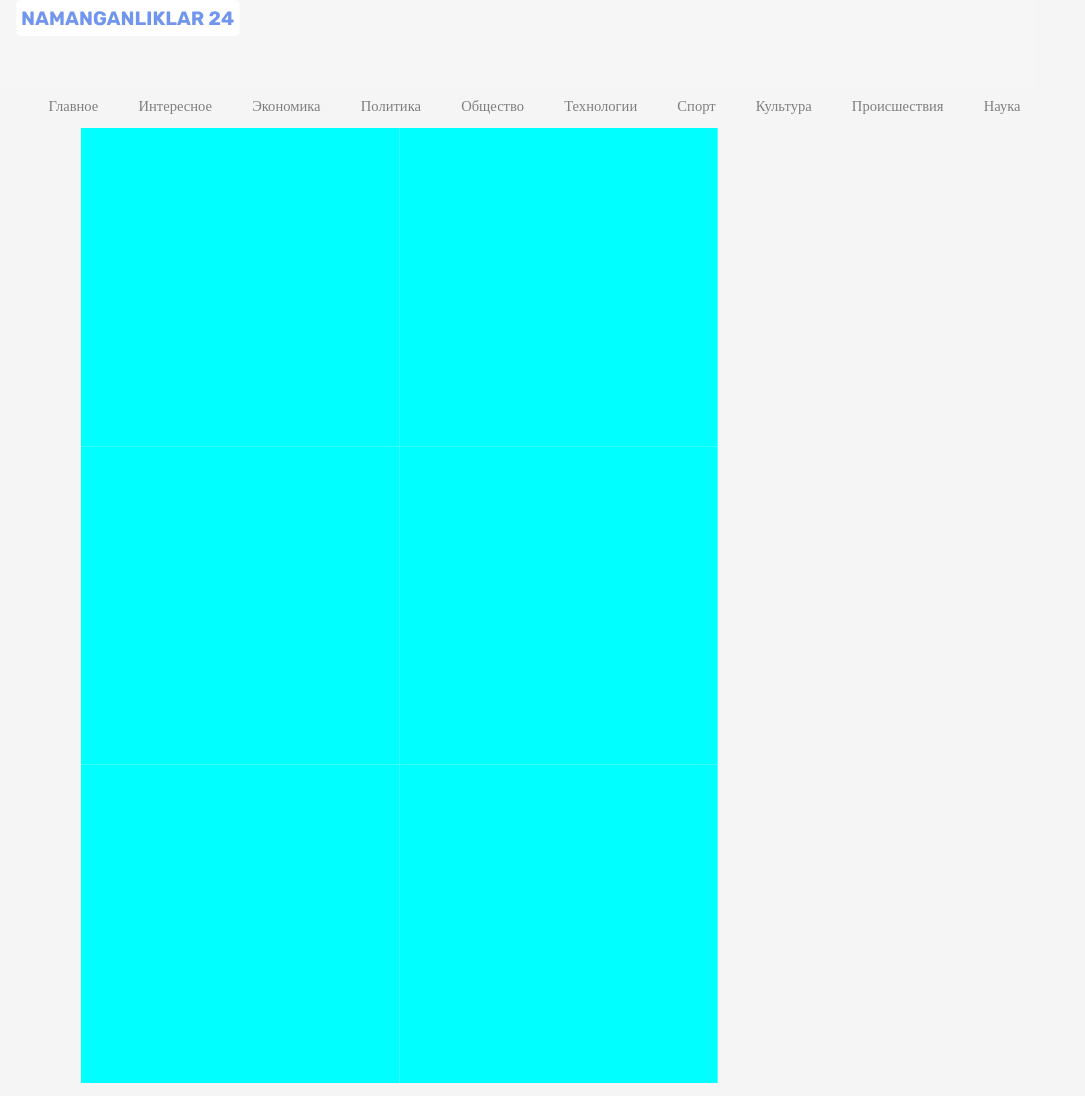
Repository: UlugbekAbdurasulov/projekt
Page: index.html
An editor plug-in stored every save of this project. The page is shown before and after the next save, followed by the edit.
The browser window is 1280 px wide. The page is 1280 px wide, then 1340 px, so the pictures cover 1340 px, including what lies to the right of the window. The pictures show the whole page, at 81% of full size.

Above is the page before, as saved 2023-05-29 16:19:48.

### index.html
<!DOCTYPE html>
<html lang="ru">
  <head>
    <meta charset="UTF-8" />
    <meta http-equiv="X-UA-Compatible" content="IE=edge" />
    <meta name="viewport" content="width=device-width, initial-scale=1.0" />
    <title>Document</title>
  </head>
  <link rel="stylesheet" href="./css/main.css" />
  <body>
    <header class="navbar">
      <div class="container">
        <div>
          <img src="./images/logo.svg" alt="" />
          <ul>
            <li></li>
          </ul>
        </div>
      </div>
    </header>

    <h1 class="visually-hidden">Namanganliklar haqida yangliklar</h1>
    <div class="container">
      <ul class="menu">
        <li class="menu-text">Главное</li>
        <li class="menu-text">Интересное</li>
        <li class="menu-text">Экономика</li>
        <li class="menu-text">Политика</li>
        <li class="menu-text">Общество</li>
        <li class="menu-text">Технологии</li>
        <li class="menu-text">Спорт</li>
        <li class="menu-text">Культура</li>
        <li class="menu-text">Происшествия</li>
        <li class="menu-text">Наука</li>
      </ul>

      <menu>
        <ul class="information-box" >
            <li class="information"></li>
            <li class="information"></li>
            <li class="information"></li>
            <li class="information"></li>
            <li class="information"></li>
            <li class="information"></li>
        </ul>
      </menu>
    </div>
  </body>
</html>

### css/main.css
* {
    box-sizing: border-box;
    text-decoration: none;
    list-style: none;
  }

body {
    margin: 0;
    padding: 0;
    background-color: #f5f5f5;
  }
  .container {
    width: 1240px;
    margin: 0px auto;
    padding: 0;
  }
.navbar{
background-color:#F6F6F6;
height: 105px;
}
.menu{
    display: flex;
    justify-content: space-between;
}
.menu-text{
    font-family: 'Rubik';
font-style: normal;
font-weight: 500;
font-size: 18px;
line-height: 21px;
text-align: center;
color: #7F7F7F;
}
.visually-hidden {
    position: absolute;
    width: 1px;
    height: 1px;
    margin: -1px;
    padding: 0;
    overflow: hidden;
    border: 0;
    clip: rect(0 0 0 0)
  }
  .information-box{
    display: flex;

    flex-wrap: wrap;

  }
  .information{
    width: 393px;
    height: 393px;
    margin: 0px;
    background-color:aqua;
  }

After the next save:
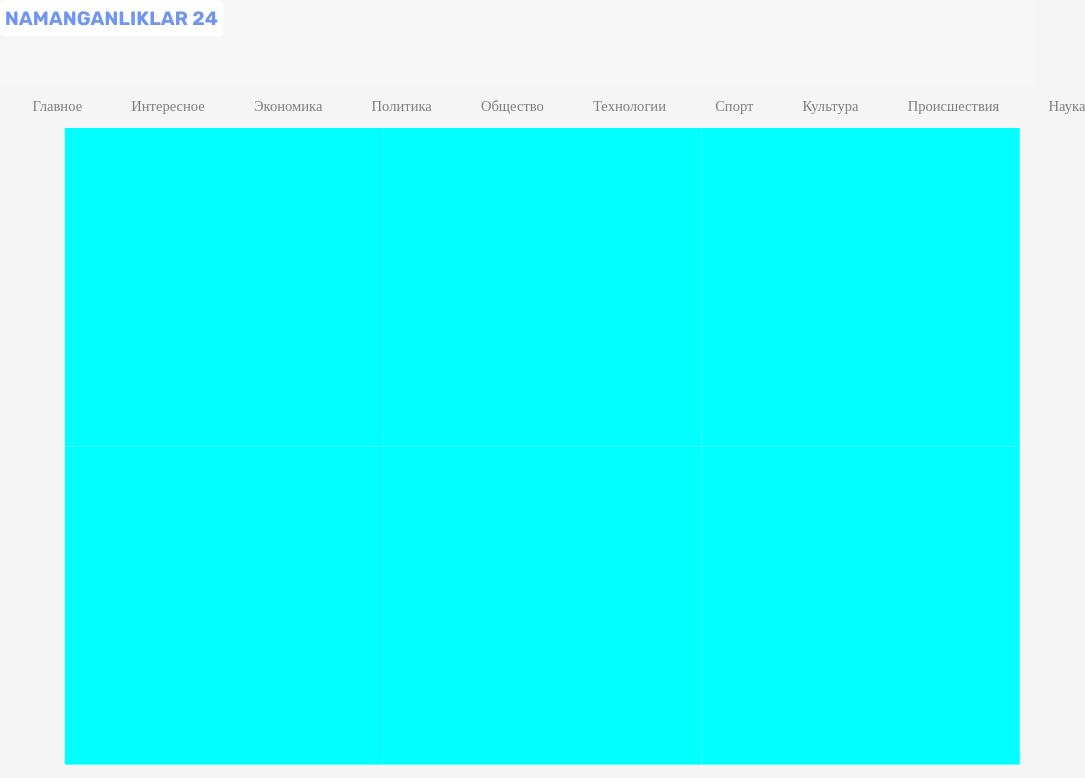
Saved 14 s later.
--- a/css/main.css
+++ b/css/main.css
@@ -10,7 +10,7 @@ body {
     background-color: #f5f5f5;
   }
   .container {
-    width: 1240px;
+    width: 1340px;
     margin: 0px auto;
     padding: 0;
   }
